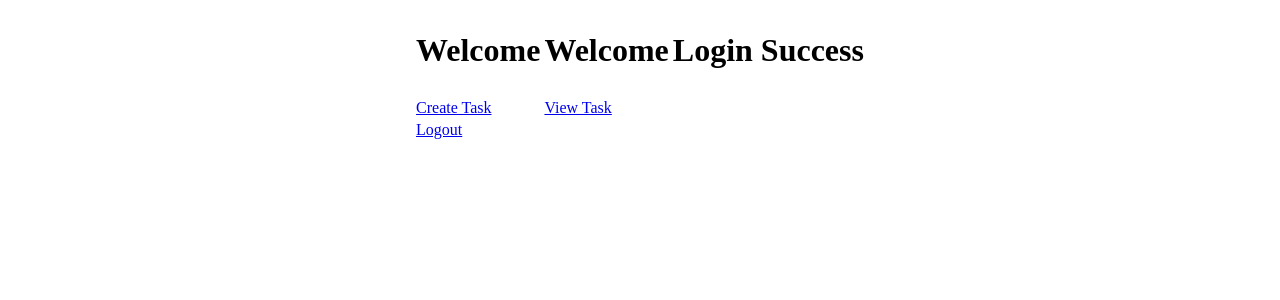
Repository: Dikshak1116/JavaProjects
Page: http://localhost/MyTestApp/views/welcome.jsp
These files come from the project's save history. The page is drawn as it stood at one moment and after the next save; the edit follows.
The browser window is 1280 px wide. The pictures show the whole page.
The page is served by Tomcat 9.

Above is the page before, as saved 2023-03-14 13:01:36.

After the next save:
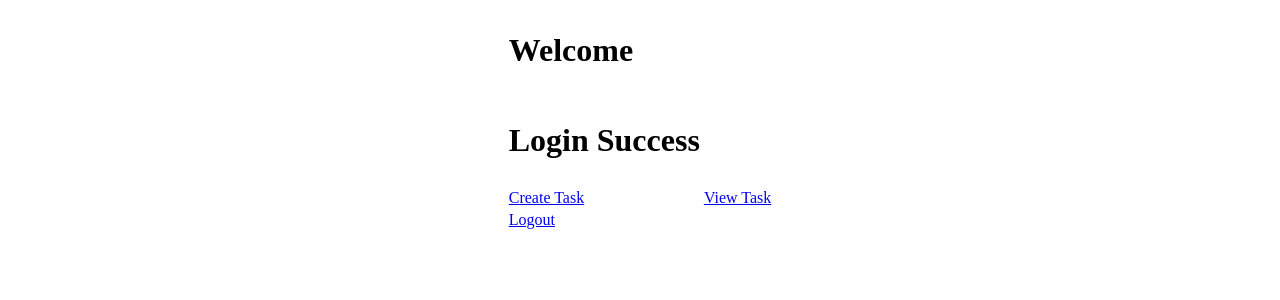
Saved 69 s later.
--- a/MyTestApp/src/main/webapp/views/welcome.jsp
+++ b/MyTestApp/src/main/webapp/views/welcome.jsp
@@ -23,8 +23,10 @@
   %>
             <tr>
                 <td><h1>Welcome ${sessionScope.email }</h1></td>
-                <td><h1>Welcome ${sessionScope.name }</h1></td>
-                <td><h1>Login Success</h1></td>
+                <tr/>
+                <tr></tr>
+                <tr></tr>
+                 <td><h1>Login Success</h1></td>
 
             </tr>
             <tr>
